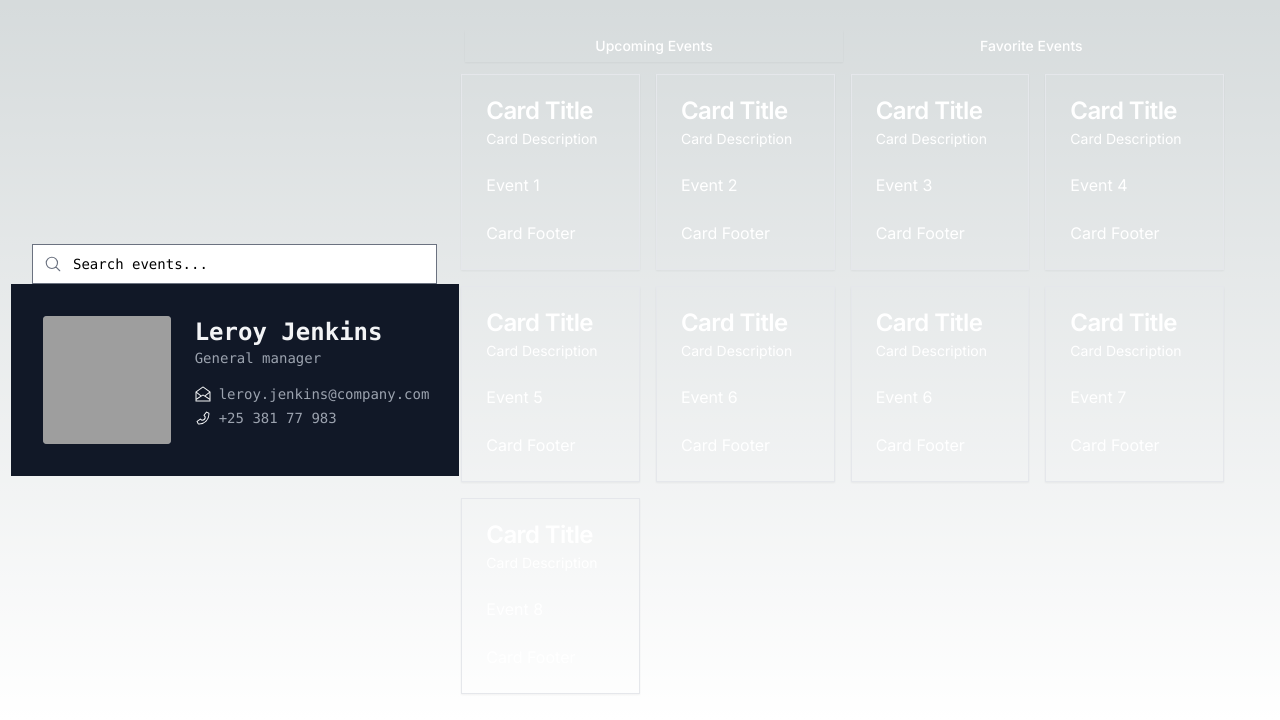
Repository: loktioncode/events-app
Page: /
The author's editor kept a copy of each file at every save. The page is drawn from the files as they stood at one save, then again after the next save.
The browser window is 1280 px wide. The pictures show the whole page.
Pictures or frames that could not be fetched are drawn as grey boxes. The project was rebuilt for these pictures with package versions that can differ from the ones it lists, and the page was loaded fresh each time. The framework's server and built-in components were replaced by stand-ins that run in the browser. Also part of the build but not shown: next.config.js, components/favouriteEvents.tsx.

Above is the page before, as saved 2023-11-30 21:14:43.

### app/page.tsx
import Image from 'next/image'
import Search from '../components/searchInput';
import Events from '../components/events';
import BandInfo from '../components/bandInfo';


export default function Home(
  {
    searchParams,
  }: {
    searchParams?: {
      query?: string;
      page?: string;
    };
  }
) {



  return (
    <main className="flex max-h-screen flex-row items-center justify-between p-8">

      <div className="z-10 items-center justify-between font-mono text-sm lg:flex w-4/12 flex-col">
        <Search placeholder="Search events..." />



<BandInfo />
      </div >

      <Events />

    </main>
  )
}

### app/globals.css
@tailwind base;
@tailwind components;
@tailwind utilities;

:root {
  --foreground-rgb:  255, 255, 255;
  --background-start-rgb: 214, 219, 220;
  --background-end-rgb: 255, 255, 255;
}

@media (prefers-color-scheme: dark) {
  :root {
    --foreground-rgb: 255, 255, 255;
    --background-start-rgb:  255, 255, 255;
    --background-end-rgb: 255, 255, 255;
  }
}

body {
  color: rgb(var(--foreground-rgb));
  background: linear-gradient(
      to bottom,
      transparent,
      rgb(var(--background-end-rgb))
    )
    rgb(var(--background-start-rgb));
}

### components/searchInput.tsx
'use client';
import { useSearchParams, usePathname, useRouter } from 'next/navigation';
import { MagnifyingGlassIcon } from '@heroicons/react/24/outline';

export default function Search({ placeholder }: { placeholder: string}) {
    const searchParams = useSearchParams();
    const pathname = usePathname();
    const { replace } = useRouter();


    function handleSearch(term: string) {
        console.log(term);
        const params = new URLSearchParams(searchParams);
        if (term) {
            params.set('query', term);
        } else {
            params.delete('query');
        }
        replace(`${pathname}?${params.toString()}`);
    }


return (
    <div className="relative  w-full">
        <label htmlFor="search" className="sr-only text-black">
            Search Artist
        </label>
        <input
            className="peer block w-full rounded-md border border-gray-500 py-[9px] pl-10 text-sm outline-2 placeholder:text-black text-black"
            placeholder={placeholder}
            onChange={(e) => {
                handleSearch(e.target.value);
            }}
            defaultValue={searchParams.get('query')?.toString() || ''}
        />
        <MagnifyingGlassIcon className="absolute left-3 top-1/2 h-[18px] w-[18px] -translate-y-1/2 text-gray-500 peer-focus:text-gray-900" />
    </div>
);
}

### components/events.tsx
'use client';
import { useSearchParams, usePathname, useRouter } from 'next/navigation';
import { Tabs, TabsContent, TabsList, TabsTrigger } from "@/components/ui/tabs"
import FavoriteEvents from './favouriteEvents';
import AllEvents from './allEvents';

export default function Events() {
    const searchParams = useSearchParams();
    const pathname = usePathname();
    const { replace } = useRouter();




    return (
        <Tabs defaultValue="all" className="mx-6 w-full">
            <TabsList className='w-full'>
                <TabsTrigger value="all" className='w-full'>Upcoming Events</TabsTrigger>
                <TabsTrigger value="favorites" className='w-full'>Favorite Events</TabsTrigger>
            </TabsList>
            <TabsContent value="all"><AllEvents/></TabsContent>
            <TabsContent value="favorites"><FavoriteEvents/> </TabsContent>
        </Tabs>

    );
}

### components/bandInfo.tsx
'use client';

export default function BandInfo() {

    return (
        <div className="max-w-md p-8 sm:flex sm:space-x-6 bg-gray-900 text-gray-100">
            <div className="flex-shrink-0 w-full mb-6 h-44 sm:h-32 sm:w-32 sm:mb-0">
                <img src="https://source.unsplash.com/100x100/?portrait?1" alt="" className="object-cover object-center w-full h-full rounded bg-gray-500" />
            </div>
            <div className="flex flex-col space-y-4">
                <div>
                    <h2 className="text-2xl font-semibold">Leroy Jenkins</h2>
                    <span className="text-sm text-gray-400">General manager</span>
                </div>
                <div className="space-y-1">
                    <span className="flex items-center space-x-2">
                        <svg xmlns="http://www.w3.org/2000/svg" viewBox="0 0 512 512" aria-label="Email address" className="w-4 h-4">
                            <path fill="currentColor" d="M274.6,25.623a32.006,32.006,0,0,0-37.2,0L16,183.766V496H496V183.766ZM464,402.693,339.97,322.96,464,226.492ZM256,51.662,454.429,193.4,311.434,304.615,256,268.979l-55.434,35.636L57.571,193.4ZM48,226.492,172.03,322.96,48,402.693ZM464,464H48V440.735L256,307.021,464,440.735Z"></path>
                        </svg>
                        <span className="text-gray-400">leroy.jenkins@company.com</span>
                    </span>
                    <span className="flex items-center space-x-2">
                        <svg xmlns="http://www.w3.org/2000/svg" viewBox="0 0 512 512" aria-label="Phonenumber" className="w-4 h-4">
                            <path fill="currentColor" d="M449.366,89.648l-.685-.428L362.088,46.559,268.625,171.176l43,57.337a88.529,88.529,0,0,1-83.115,83.114l-57.336-43L46.558,362.088l42.306,85.869.356.725.429.684a25.085,25.085,0,0,0,21.393,11.857h22.344A327.836,327.836,0,0,0,461.222,133.386V111.041A25.084,25.084,0,0,0,449.366,89.648Zm-20.144,43.738c0,163.125-132.712,295.837-295.836,295.837h-18.08L87,371.76l84.18-63.135,46.867,35.149h5.333a120.535,120.535,0,0,0,120.4-120.4v-5.333l-35.149-46.866L371.759,87l57.463,28.311Z"></path>
                        </svg>
                        <span className="text-gray-400">+25 381 77 983</span>
                    </span>
                </div>
            </div>
        </div>
    );
}

### components/ui/tabs.tsx
"use client"

import * as React from "react"
import * as TabsPrimitive from "@radix-ui/react-tabs"

import { cn } from "@/lib/utils"

const Tabs = TabsPrimitive.Root

const TabsList = React.forwardRef<
  React.ElementRef<typeof TabsPrimitive.List>,
  React.ComponentPropsWithoutRef<typeof TabsPrimitive.List>
>(({ className, ...props }, ref) => (
  <TabsPrimitive.List
    ref={ref}
    className={cn(
      "inline-flex h-10 items-center justify-center rounded-md bg-muted p-1 text-muted-foreground",
      className
    )}
    {...props}
  />
))
TabsList.displayName = TabsPrimitive.List.displayName

const TabsTrigger = React.forwardRef<
  React.ElementRef<typeof TabsPrimitive.Trigger>,
  React.ComponentPropsWithoutRef<typeof TabsPrimitive.Trigger>
>(({ className, ...props }, ref) => (
  <TabsPrimitive.Trigger
    ref={ref}
    className={cn(
      "inline-flex items-center justify-center whitespace-nowrap rounded-sm px-3 py-1.5 text-sm font-medium ring-offset-background transition-all focus-visible:outline-none focus-visible:ring-2 focus-visible:ring-ring focus-visible:ring-offset-2 disabled:pointer-events-none disabled:opacity-50 data-[state=active]:bg-background data-[state=active]:text-foreground data-[state=active]:shadow-sm",
      className
    )}
    {...props}
  />
))
TabsTrigger.displayName = TabsPrimitive.Trigger.displayName

const TabsContent = React.forwardRef<
  React.ElementRef<typeof TabsPrimitive.Content>,
  React.ComponentPropsWithoutRef<typeof TabsPrimitive.Content>
>(({ className, ...props }, ref) => (
  <TabsPrimitive.Content
    ref={ref}
    className={cn(
      "mt-2 ring-offset-background focus-visible:outline-none focus-visible:ring-2 focus-visible:ring-ring focus-visible:ring-offset-2",
      className
    )}
    {...props}
  />
))
TabsContent.displayName = TabsPrimitive.Content.displayName

export { Tabs, TabsList, TabsTrigger, TabsContent }

### components/allEvents.tsx
import {
    Card,
    CardContent,
    CardDescription,
    CardFooter,
    CardHeader,
    CardTitle,
} from "@/components/ui/card"


export default function AllEvents() {



    return (
        <div className="grid grid-cols-4 gap-4">
            {
                [1, 2, 3, 4, 5, 6, 6, 7, 8].map((event) => (

                    <Card key={event}>
                        <CardHeader>
                            <CardTitle>Card Title</CardTitle>
                            <CardDescription>Card Description</CardDescription>
                        </CardHeader>
                        <CardContent>
                            <p> Event {event}</p>
                        </CardContent>
                        <CardFooter>
                            <p>Card Footer</p>
                        </CardFooter>
                    </Card>

                ))
            }
        </div>

    );
}

### components/ui/card.tsx
import * as React from "react"

import { cn } from "@/lib/utils"

const Card = React.forwardRef<
  HTMLDivElement,
  React.HTMLAttributes<HTMLDivElement>
>(({ className, ...props }, ref) => (
  <div
    ref={ref}
    className={cn(
      "rounded-lg border bg-card text-card-foreground shadow-sm",
      className
    )}
    {...props}
  />
))
Card.displayName = "Card"

const CardHeader = React.forwardRef<
  HTMLDivElement,
  React.HTMLAttributes<HTMLDivElement>
>(({ className, ...props }, ref) => (
  <div
    ref={ref}
    className={cn("flex flex-col space-y-1.5 p-6", className)}
    {...props}
  />
))
CardHeader.displayName = "CardHeader"

const CardTitle = React.forwardRef<
  HTMLParagraphElement,
  React.HTMLAttributes<HTMLHeadingElement>
>(({ className, ...props }, ref) => (
  <h3
    ref={ref}
    className={cn(
      "text-2xl font-semibold leading-none tracking-tight",
      className
    )}
    {...props}
  />
))
CardTitle.displayName = "CardTitle"

const CardDescription = React.forwardRef<
  HTMLParagraphElement,
  React.HTMLAttributes<HTMLParagraphElement>
>(({ className, ...props }, ref) => (
  <p
    ref={ref}
    className={cn("text-sm text-muted-foreground", className)}
    {...props}
  />
))
CardDescription.displayName = "CardDescription"

const CardContent = React.forwardRef<
  HTMLDivElement,
  React.HTMLAttributes<HTMLDivElement>
>(({ className, ...props }, ref) => (
  <div ref={ref} className={cn("p-6 pt-0", className)} {...props} />
))
CardContent.displayName = "CardContent"

const CardFooter = React.forwardRef<
  HTMLDivElement,
  React.HTMLAttributes<HTMLDivElement>
>(({ className, ...props }, ref) => (
  <div
    ref={ref}
    className={cn("flex items-center p-6 pt-0", className)}
    {...props}
  />
))
CardFooter.displayName = "CardFooter"

export { Card, CardHeader, CardFooter, CardTitle, CardDescription, CardContent }

Loaded but not shown: app/layout.tsx (common file); lib/utils.ts (common file); tailwind.config.js (common file)

After the next save:
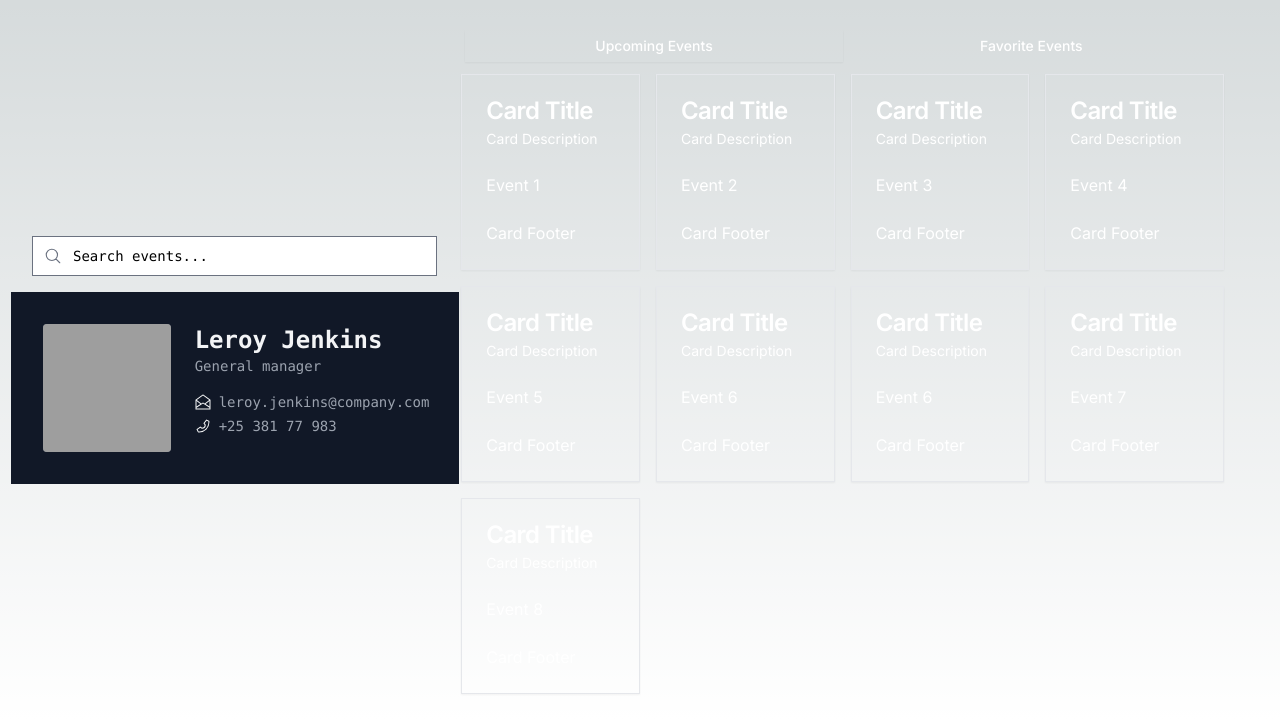
Saved 15 s later.
--- a/components/bandInfo.tsx
+++ b/components/bandInfo.tsx
@@ -3,7 +3,7 @@
 export default function BandInfo() {
 
     return (
-        <div className="max-w-md p-8 sm:flex sm:space-x-6 bg-gray-900 text-gray-100">
+        <div className="max-w-md p-8 sm:flex sm:space-x-6 bg-gray-900 text-gray-100 mt-4">
             <div className="flex-shrink-0 w-full mb-6 h-44 sm:h-32 sm:w-32 sm:mb-0">
                 <img src="https://source.unsplash.com/100x100/?portrait?1" alt="" className="object-cover object-center w-full h-full rounded bg-gray-500" />
             </div>
